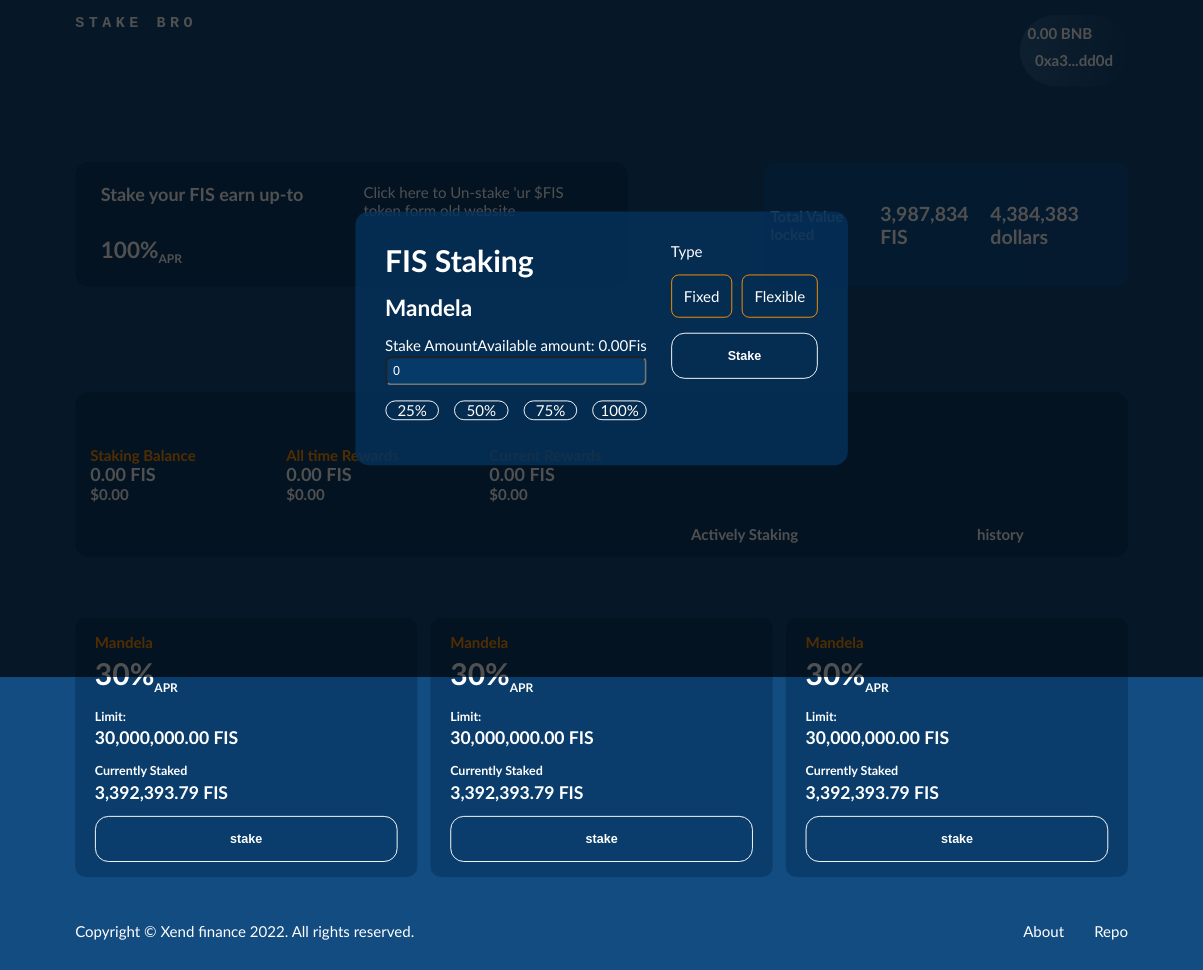
Repository: NorVirae/Stake
Page: /, after clicking the first element matching `button.stake-button`
The author's editor kept a copy of each file at every save. The page is drawn from the files as they stood at one save, then again after the next save.
The browser window is 1280 px wide. The pictures show the whole page, at 94% of full size.
The pointer rests on the first visible `.stake-modal`.
The project was rebuilt for these pictures with package versions that can differ from the ones it lists, and the page was loaded fresh each time.

Above is the page before, as saved 2022-04-18 19:24:07.

After the next save:
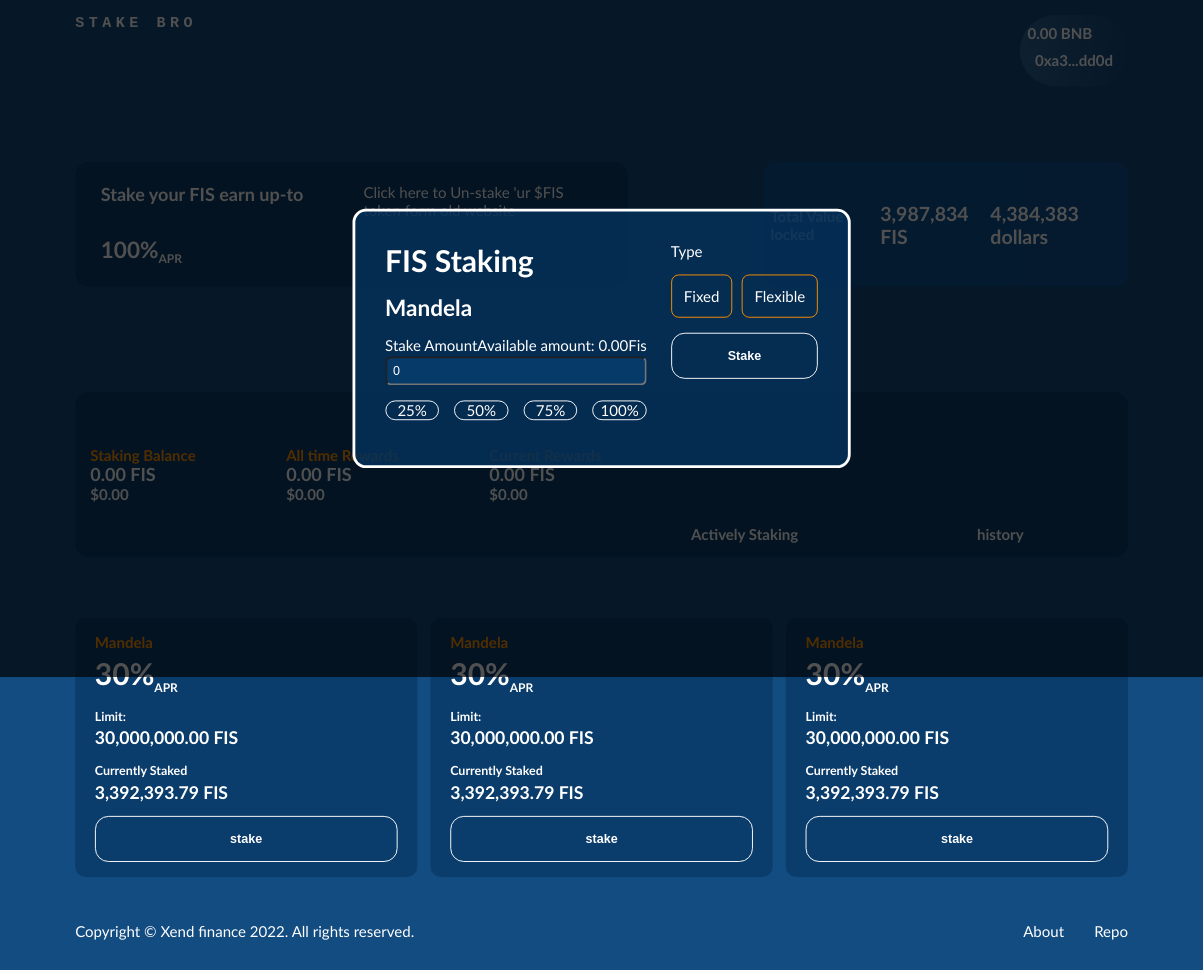
Saved 4 s later.
--- a/src/styles/app.css
+++ b/src/styles/app.css
@@ -301,7 +301,7 @@ footer ul{
 }
 
 .stake-modal:hover{
-    border: .2rem;
+    border: .2rem solid ;
 }
 
 .stake-inner-left{
